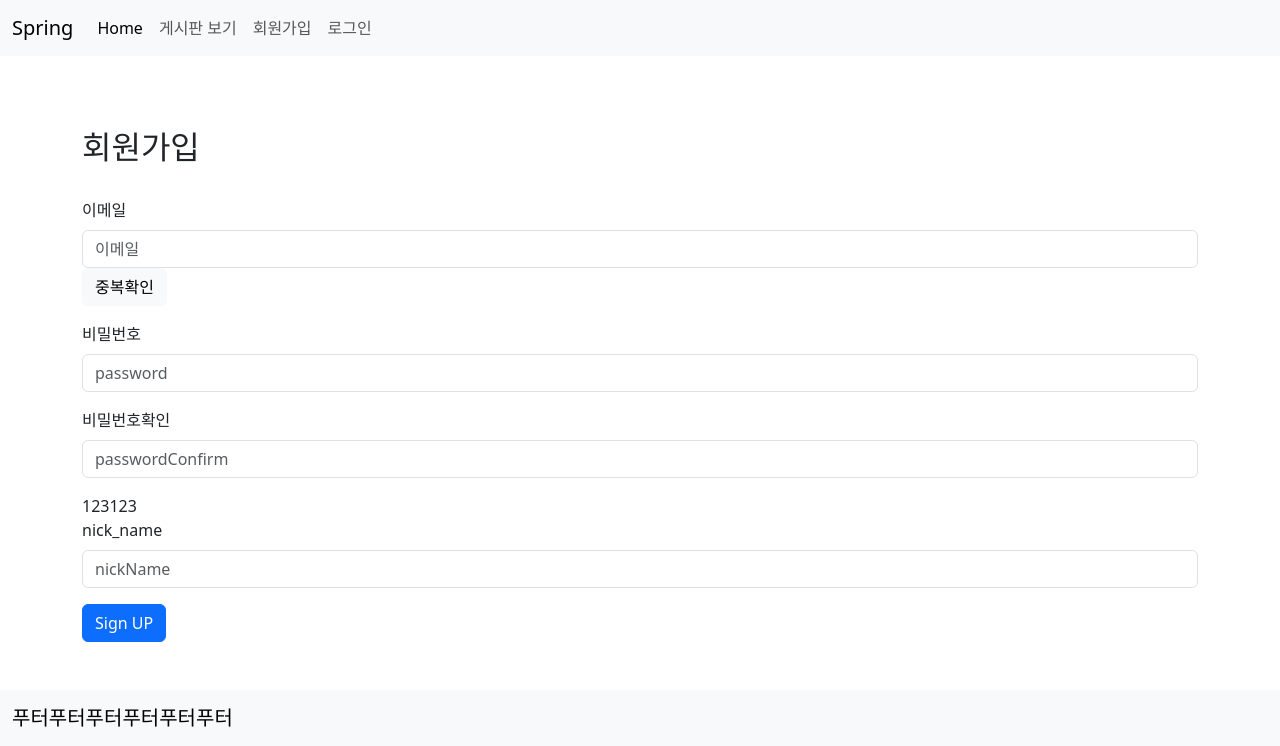
Repository: Jensuchan/spring_solo_project
Page: http://localhost/spring_test/WEB-INF/views/member/register.jsp
These files come from the project's save history. The page is drawn as it stood at one moment and after the next save; the edit follows.
The browser window is 1280 px wide. The pictures show the whole page.
The page is served by Tomcat 9. Nobody is signed in. The template is opened directly, without the code that normally fills it, so the values that code supplies are empty.

Above is the page before, as saved 2024-01-18 02:54:22.
Console error: TypeError: Cannot read properties of null (reading 'addEventListener')

After the next save:
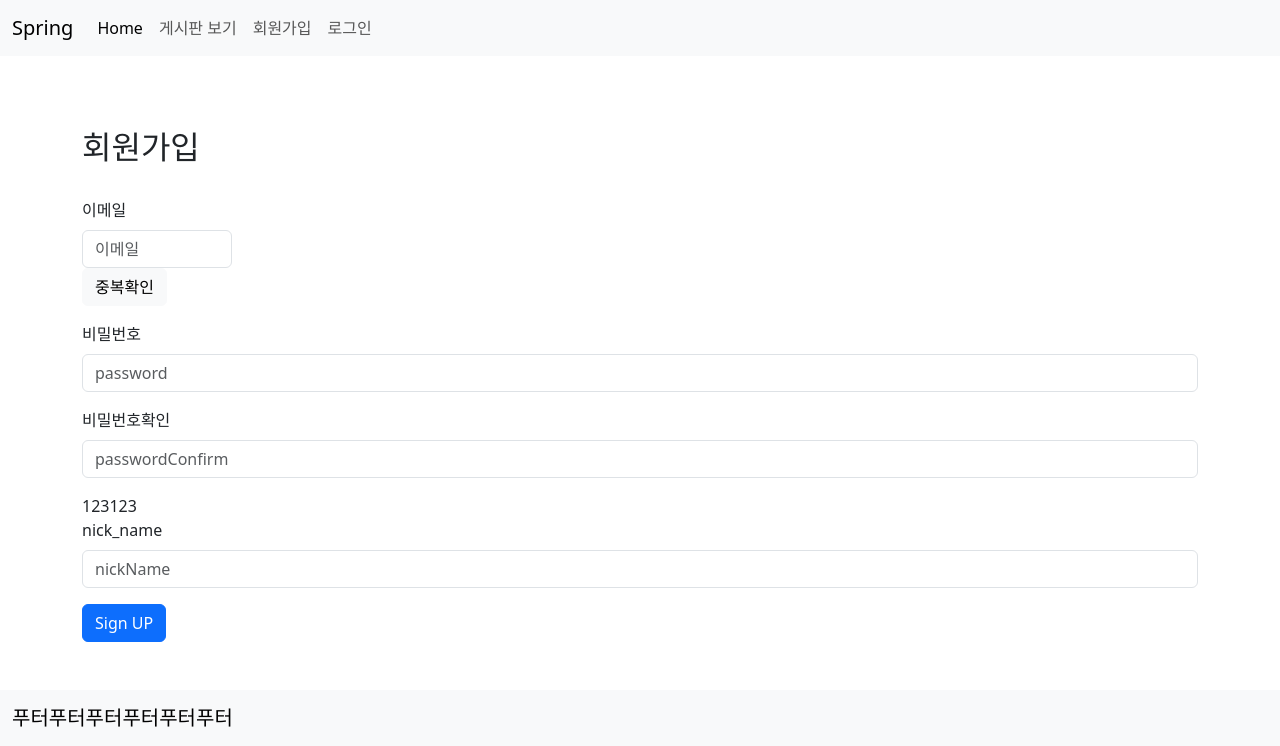
Saved 4 min 51 s later.
--- a/spring_test/src/main/webapp/WEB-INF/views/member/register.jsp
+++ b/spring_test/src/main/webapp/WEB-INF/views/member/register.jsp
@@ -12,7 +12,7 @@
 	<form action="/member/register" method="post">
 		<div class="mb-3">
 			<label for="email" class="form-label">이메일</label>
-			<input type="email" name="email" class="form-control" id="email" placeholder="이메일">
+			<input type="email" name="email" class="form-control" id="email" placeholder="이메일" style="width: 150px">
 			<button type="button" class="btn btn-light" id="validationId">중복확인</button>
 		</div>
 		<div class="mb-3">
